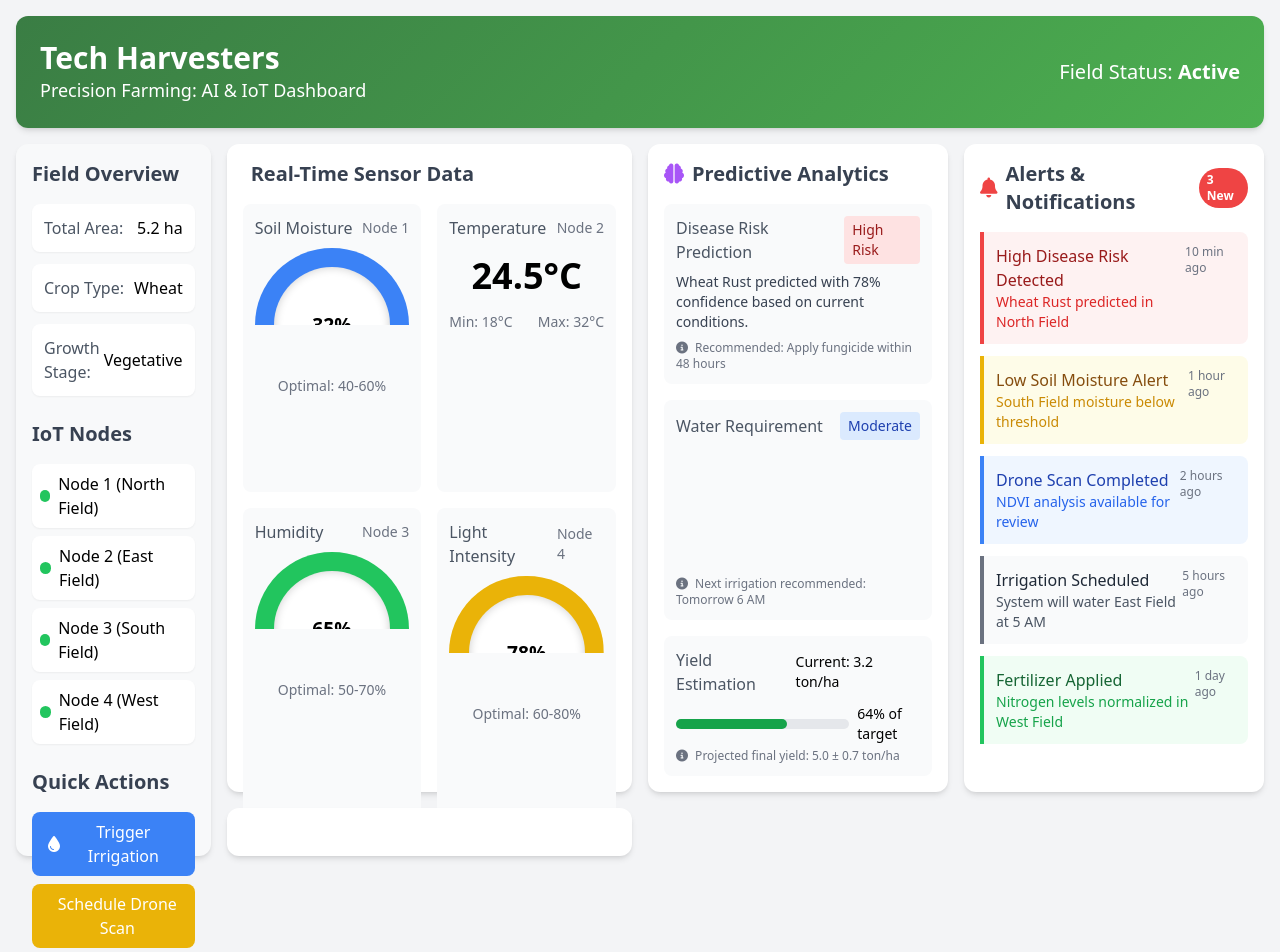
Repository: ayushkli86/TechHarvesters
Page: index.html
The author's editor kept a copy of each file at every save. The page is drawn from the files as they stood at one save, then again after the next save.
The browser window is 1280 px wide. The pictures show the part of the page from y = 0 to 952 px (the page is 996 px tall before and 1166 px after).
Pictures or frames that could not be fetched are drawn as grey boxes. Some web libraries are served in a nearby version.

Above is the page before, as saved 2025-06-25 15:20:32.

After the next save:
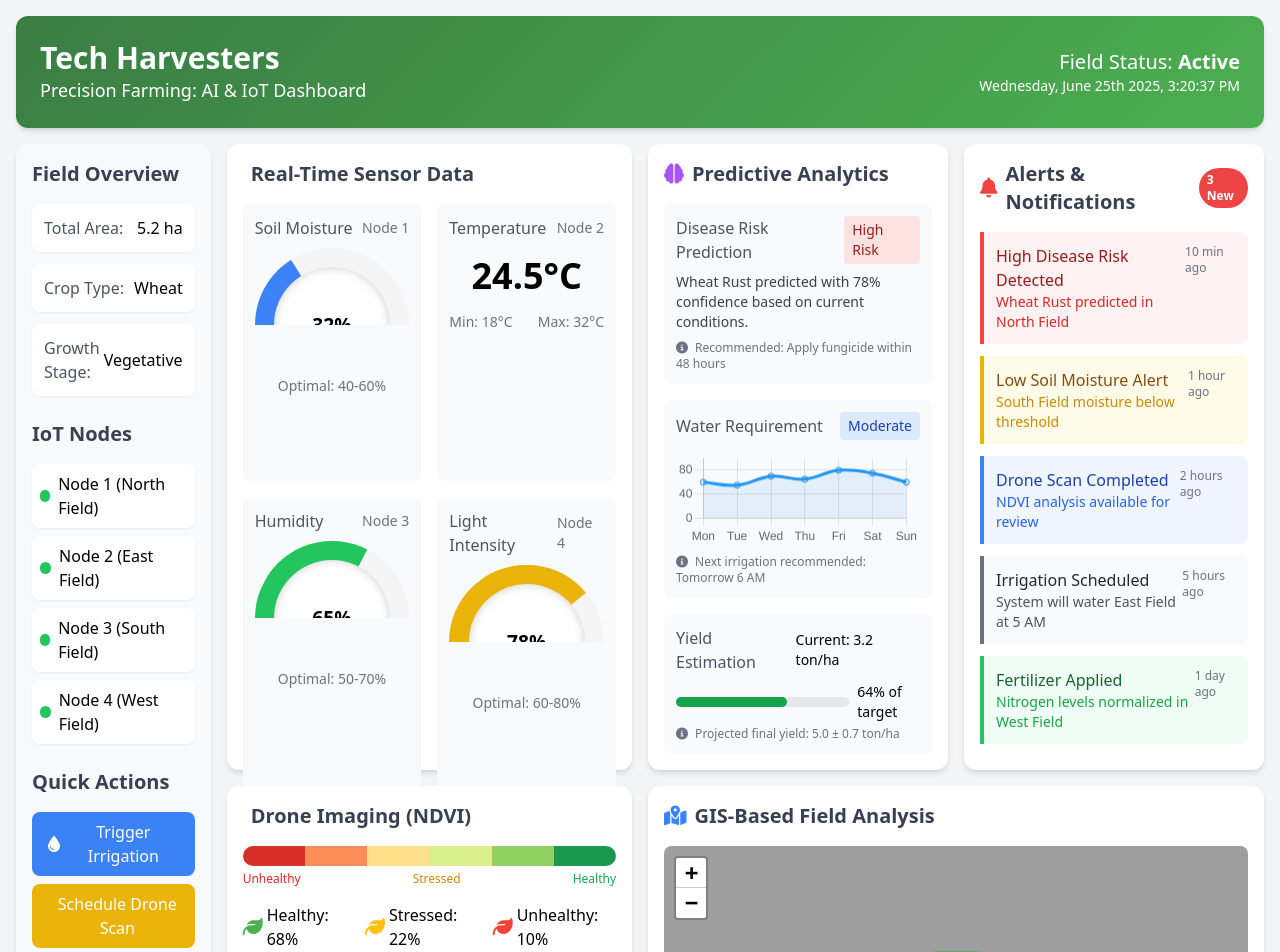
Saved 29 s later.
--- a/index.html
+++ b/index.html
@@ -367,4 +367,111 @@
         <!-- Drone Imaging -->
         <section class="drone-imaging bg-white rounded-xl shadow-md p-4">
             <h2 class="text-xl font-semibold mb-4 text-gray-700 flex items-center">
-                <i
+                <i class="fas fa-drone mr-2 text-green-500"></i> Drone Imaging (NDVI)
+            </h2>
+            <div class="mb-4">
+                <div class="ndvi-image"></div>
+                <div class="flex justify-between text-xs mt-1">
+                    <span class="text-red-600">Unhealthy</span>
+                    <span class="text-yellow-600">Stressed</span>
+                    <span class="text-green-600">Healthy</span>
+                </div>
+            </div>
+            <div class="flex items-center space-x-4">
+                <div class="flex items-center"><i class="fas fa-leaf leaflet leaflet-healthy mr-1"></i> Healthy: 68%</div>
+                <div class="flex items-center"><i class="fas fa-leaf leaflet leaflet-stressed mr-1"></i> Stressed: 22%</div>
+                <div class="flex items-center"><i class="fas fa-leaf leaflet leaflet-unhealthy mr-1"></i> Unhealthy: 10%</div>
+            </div>
+            <div class="text-xs text-gray-500 mt-2">
+                <i class="fas fa-info-circle mr-1"></i> NDVI (Normalized Difference Vegetation Index) highlights crop health from drone imagery.
+            </div>
+        </section>
+
+        <!-- GIS Map -->
+        <section class="gis-map bg-white rounded-xl shadow-md p-4">
+            <h2 class="text-xl font-semibold mb-4 text-gray-700 flex items-center">
+                <i class="fas fa-map-marked-alt mr-2 text-blue-500"></i> GIS-Based Field Analysis
+            </h2>
+            <div id="map" class="w-full h-64 rounded-lg mb-2"></div>
+            <div class="flex justify-between text-xs">
+                <span>Soil Variability</span>
+                <span>Land Segmentation</span>
+                <span>Crop Zones</span>
+            </div>
+            <div class="text-xs text-gray-500 mt-2">
+                <i class="fas fa-info-circle mr-1"></i> Interactive map shows field zones, soil types, and crop variability.
+            </div>
+        </section>
+    </div>
+    <!-- Scripts for dynamic gauges, chart, and map -->
+    <script src="https://unpkg.com/leaflet@1.9.3/dist/leaflet.js"></script>
+    <link rel="stylesheet" href="https://unpkg.com/leaflet@1.9.3/dist/leaflet.css" />
+    <script>
+        // Update current time
+        function updateTime() {
+            document.getElementById('current-time').textContent = moment().format('dddd, MMMM Do YYYY, h:mm:ss A');
+        }
+        setInterval(updateTime, 1000);
+        updateTime();
+
+        // Gauge fill logic
+        function setGauge(id, value) {
+            const fill = document.getElementById(id);
+            if (fill) {
+                fill.style.transform = `rotate(${(value / 100) * 180}deg)`;
+            }
+        }
+        setGauge('moisture-gauge', 32);
+        setGauge('humidity-gauge', 65);
+        setGauge('light-gauge', 78);
+
+        // Water requirement chart
+        const ctx = document.getElementById('water-chart').getContext('2d');
+        new Chart(ctx, {
+            type: 'line',
+            data: {
+                labels: ['Mon', 'Tue', 'Wed', 'Thu', 'Fri', 'Sat', 'Sun'],
+                datasets: [{
+                    label: 'Water Need (%)',
+                    data: [60, 55, 70, 65, 80, 75, 60],
+                    borderColor: '#2196F3',
+                    backgroundColor: 'rgba(33,150,243,0.1)',
+                    fill: true,
+                    tension: 0.4
+                }]
+            },
+            options: {
+                plugins: { legend: { display: false } },
+                scales: {
+                    y: { min: 0, max: 100, ticks: { stepSize: 20 } }
+                }
+            }
+        });
+
+        // Leaflet map
+        const map = L.map('map').setView([27.7172, 85.3240], 15); // Kathmandu as example
+        L.tileLayer('https://{s}.tile.openstreetmap.org/{z}/{x}/{y}.png', {
+            attribution: '© OpenStreetMap contributors'
+        }).addTo(map);
+        // Example polygons for field zones
+        const field1 = L.polygon([
+            [27.718, 85.323],
+            [27.718, 85.325],
+            [27.716, 85.325],
+            [27.716, 85.323]
+        ], { color: '#4CAF50', fillOpacity: 0.3 }).addTo(map).bindPopup('Healthy Zone');
+        const field2 = L.polygon([
+            [27.717, 85.322],
+            [27.717, 85.323],
+            [27.715, 85.323],
+            [27.715, 85.322]
+        ], { color: '#FFC107', fillOpacity: 0.3 }).addTo(map).bindPopup('Stressed Zone');
+        const field3 = L.polygon([
+            [27.716, 85.324],
+            [27.716, 85.326],
+            [27.714, 85.326],
+            [27.714, 85.324]
+        ], { color: '#F44336', fillOpacity: 0.3 }).addTo(map).bindPopup('Unhealthy Zone');
+    </script>
+</body>
+</html>
